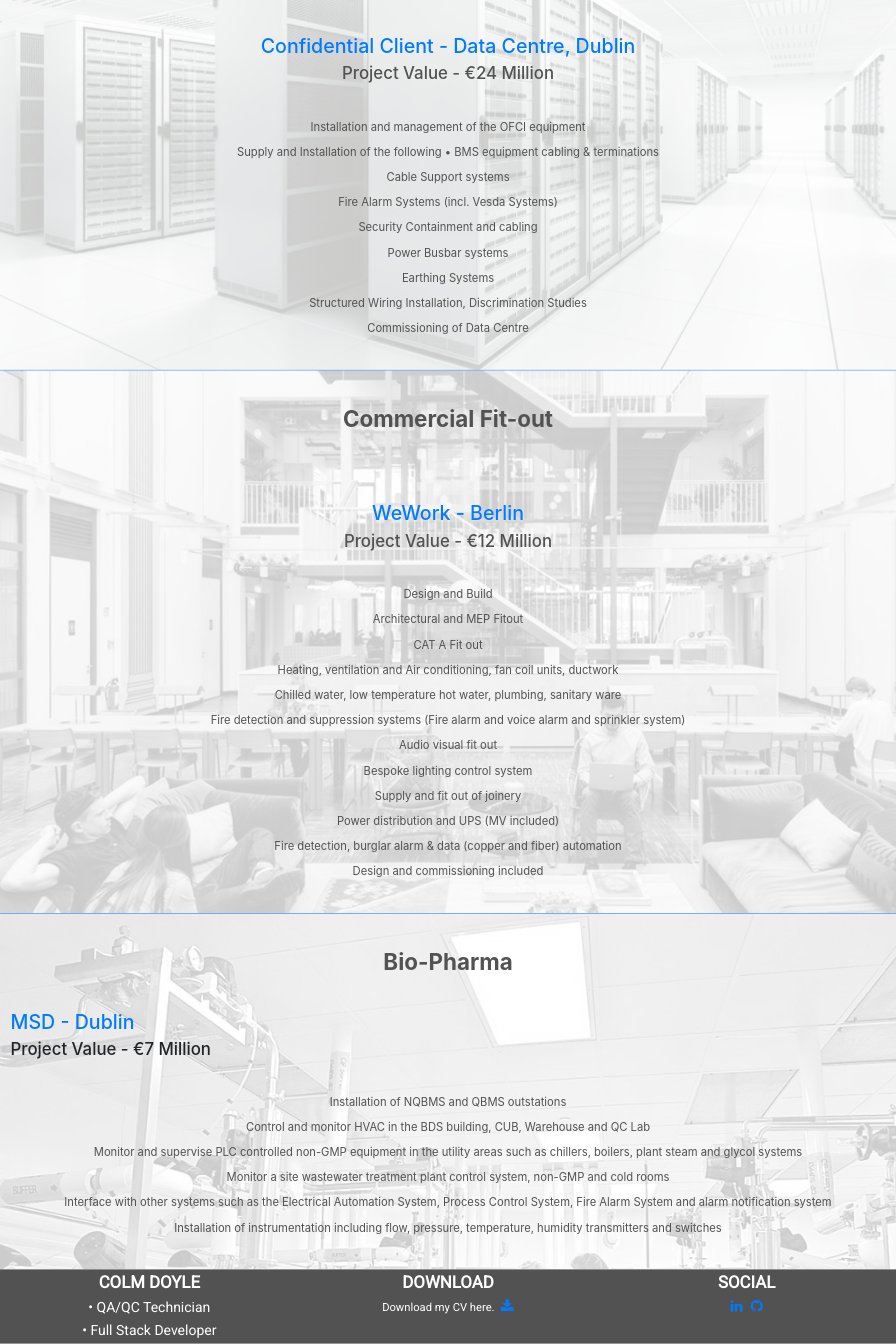
Repository: Code-Institute-Submissions/collyd21-milestone1
Page: projects.html
The author's editor kept a record of every edit. The page is drawn from the files as they stood at one moment, then again after the next edit.
The browser window is 1280 px wide. The pictures show the part of the page from y = 878 to 2798 px (the page is 2798 px tall before and 2756 px after), at 70% of full size.

Above is the page before.

After the next edit:
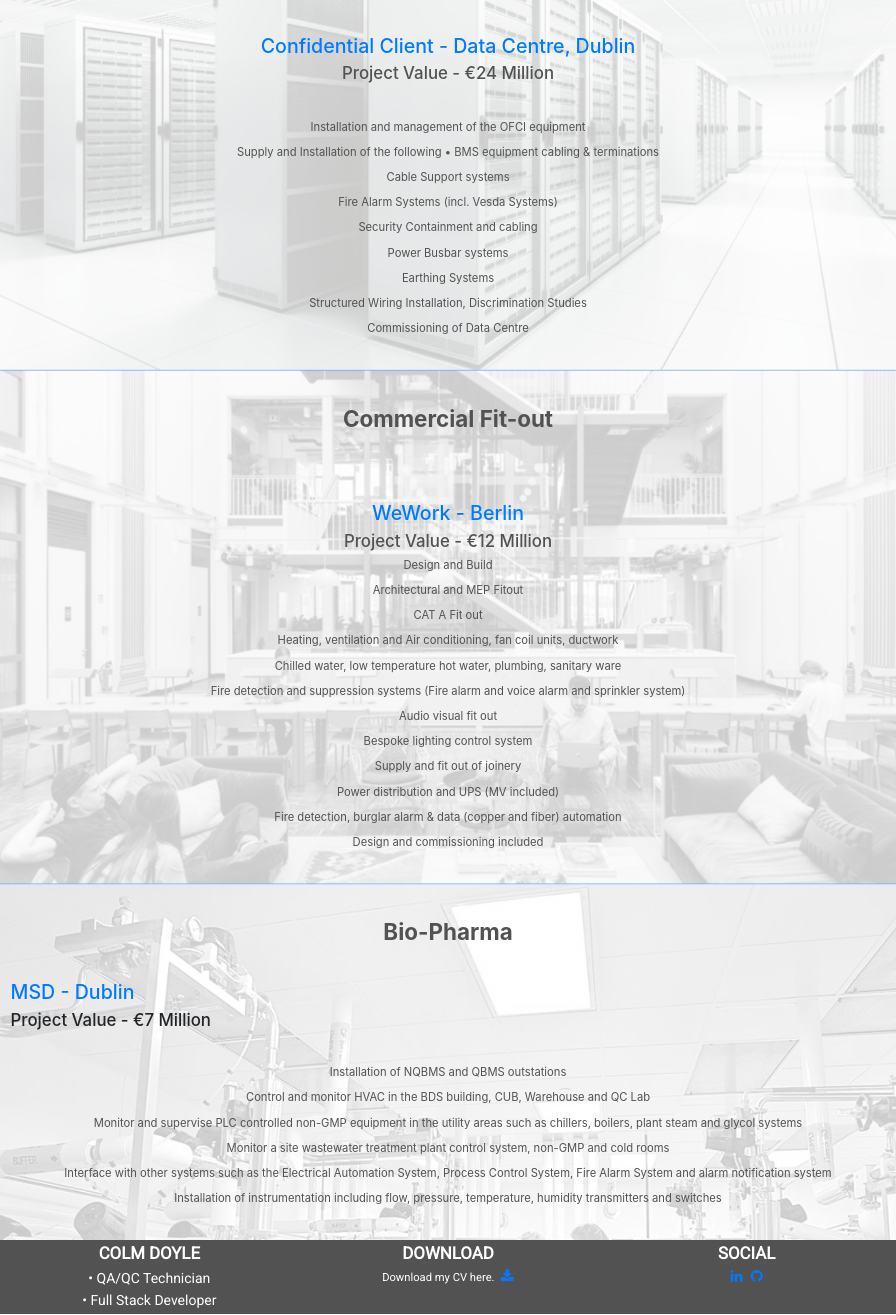
The edit:
--- a/projects.html
+++ b/projects.html
@@ -84,7 +84,7 @@
             <article class="col-lg-12 col-md-12 col-sm-12 col-xs-12 projects">
                 <h3 class="h3-colour">WeWork - Berlin</h3>
                 <h4>Project Value - €12 Million</h4>
-                <div class="col-lg-12 col-md-12 col-sm-12 col-xs-12 projects">
+                <div class="col-lg-12 col-md-12 col-sm-12 col-xs-12">
                     <p>Design and Build</p>
                     <p>Architectural and MEP Fitout</p>
                     <p>CAT A Fit out</p>
